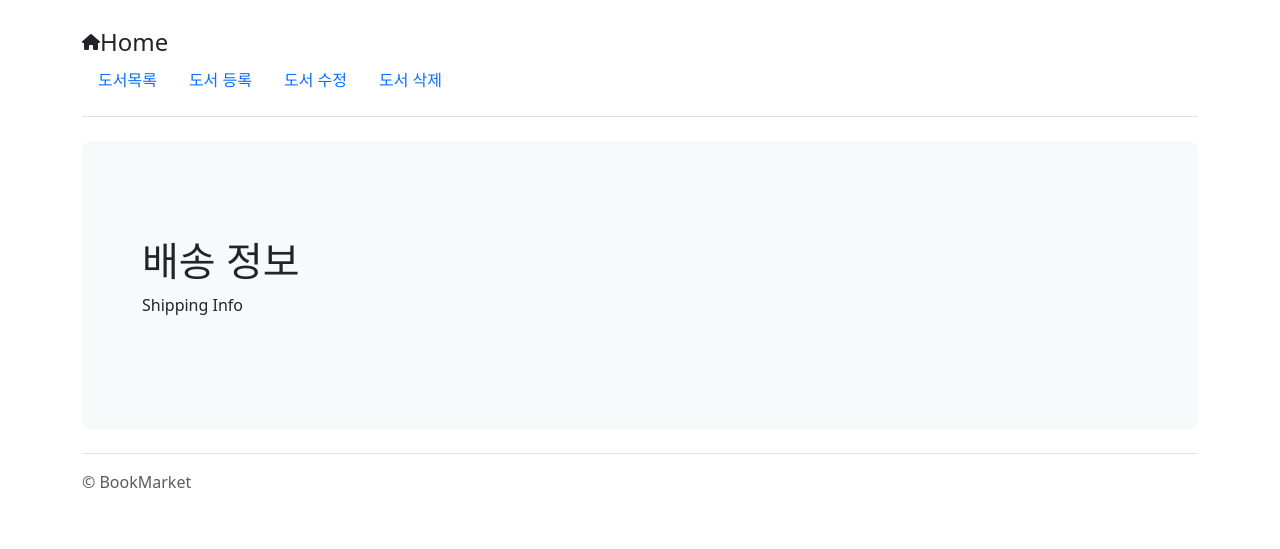
Repository: byeolchorong/ITedunet
Page: http://localhost/BookMarket/shippingInfo.jsp
An editor plug-in stored every save of this project. The page is shown before and after the next save, followed by the edit.
The browser window is 1280 px wide. The pictures show the whole page.
Some web libraries are served in a nearby version. The page is served by Tomcat 10. Nobody is signed in. The application's start-up code is not run. Other server files are loaded and not shown.

Above is the page before, as saved 2025-06-02 02:36:29.

### JSP/BookMarket/src/main/webapp/shippingInfo.jsp
<%@ page language="java" contentType="text/html; charset=UTF-8"
    pageEncoding="UTF-8"%>
<!DOCTYPE html>
<html>
<head>
<meta charset="UTF-8">
<link href="https://cdn.jsdelivr.net/npm/bootstrap@5.3.6/dist/css/bootstrap.min.css" rel="stylesheet">
<script src="https://kit.fontawesome.com/705381df09.js" crossorigin="anonymous"></script>
<title>배송 정보</title>
</head>
<body>
<div class="container py-4">
	<%@ include file="menu.jsp" %>

	<div class="p-5 mb-4 bg-body-tertiary rounded-3">
		<div class="container-fluid py-5">
			<h1>배송 정보</h1>
			<p>Shipping Info</p>
		</div>
	</div>

	<jsp:include page="footer.jsp"/>
</div>
</body>
</html>

### JSP/BookMarket/src/main/webapp/menu.jsp
<%@ page language="java" contentType="text/html; charset=UTF-8"
    pageEncoding="UTF-8"%>
<%System.out.println("menu 입장"); %>
<link href="https://cdn.jsdelivr.net/npm/bootstrap@5.3.6/dist/css/bootstrap.min.css" rel="stylesheet">
<script src="https://kit.fontawesome.com/705381df09.js" crossorigin="anonymous"></script>

<header class="pb-3 mb-4 border-bottom">
	<a href="./welcome.jsp" class="d-flex align-items-center text-dark text-decoration-none">
		<i class="fa-solid fa-house"></i>
		<span class="fs-4">Home</span>
	</a>
	<ul class="nav nav-pills">
		<li class="nav-item"><a href="./books.jsp" class="nav-link">도서목록</a></li>
		<li class="nav-item"><a href="./addBook.jsp" class="nav-link">도서 등록</a></li>
		<li class="nav-item"><a href="./editBook.jsp?edit=update" class="nav-link">도서 수정</a></li>
		<li class="nav-item"><a href="./editBook.jsp?edit=delete" class="nav-link">도서 삭제</a></li>
	</ul>
</header>

### JSP/BookMarket/src/main/webapp/footer.jsp
<%@ page language="java" contentType="text/html; charset=UTF-8"
    pageEncoding="UTF-8"%>

	<footer class="pt-3 mt-4 text-body-secondary border-top">
		&copy; BookMarket
	</footer>

After the next save:
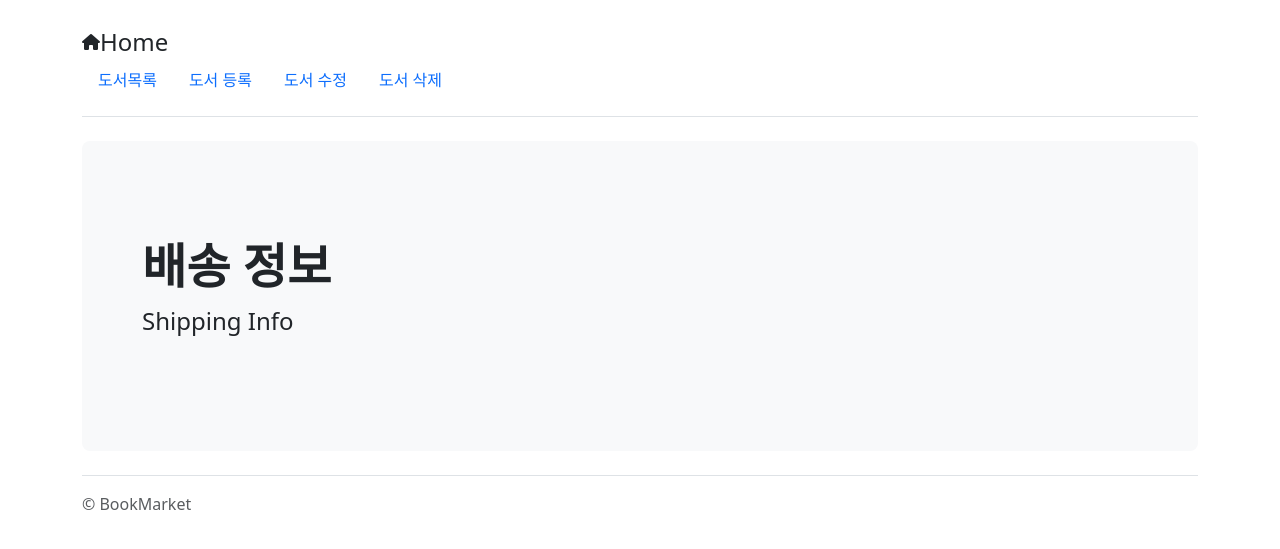
Saved 24 s later.
--- a/JSP/BookMarket/src/main/webapp/shippingInfo.jsp
+++ b/JSP/BookMarket/src/main/webapp/shippingInfo.jsp
@@ -14,8 +14,8 @@
 
 	<div class="p-5 mb-4 bg-body-tertiary rounded-3">
 		<div class="container-fluid py-5">
-			<h1>배송 정보</h1>
-			<p>Shipping Info</p>
+			<h1 class="display-5 fw-bold">배송 정보</h1>
+			<p class="col-md-8 fs-4">Shipping Info</p>
 		</div>
 	</div>
 
